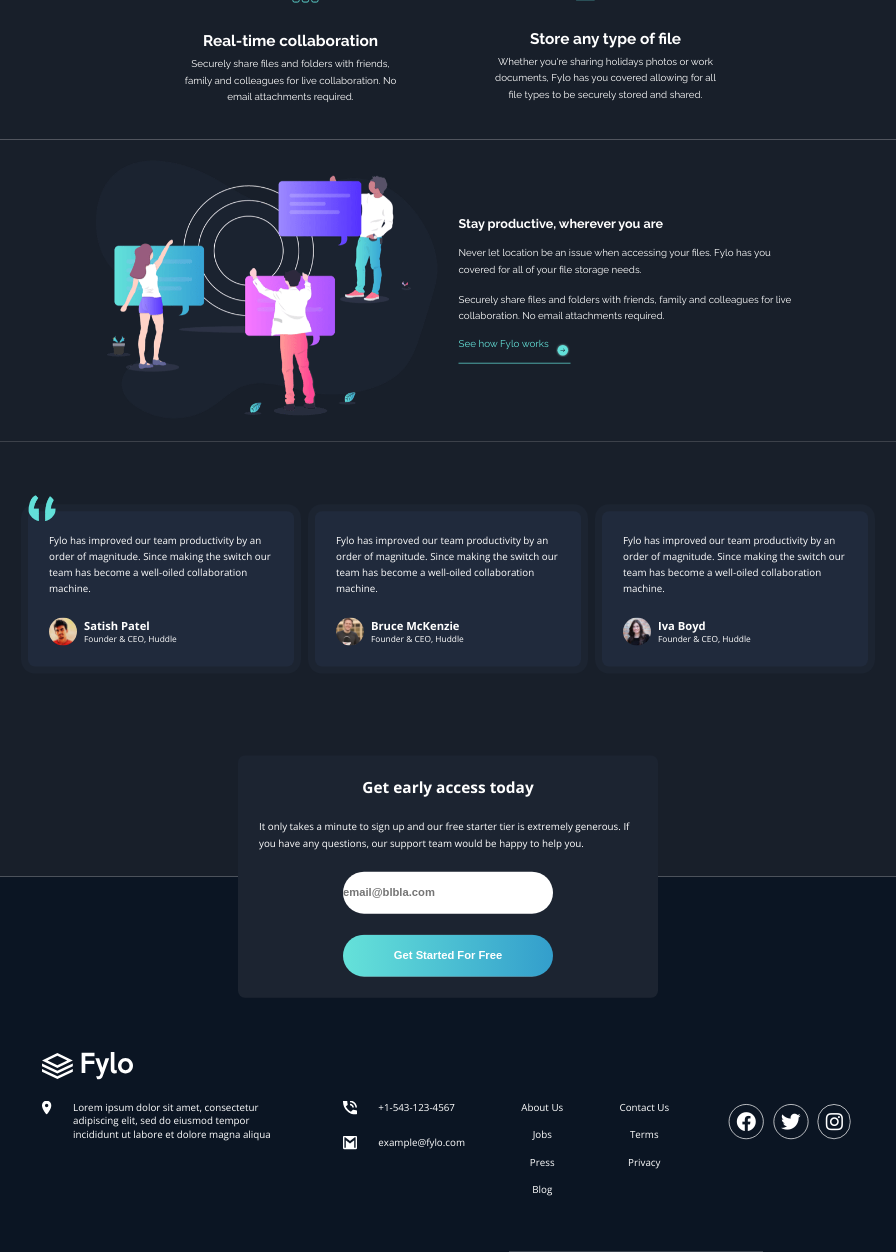
Repository: tomas938/fylo-dark-theme-landing-page-master
Page: index.html
These files come from the project's save history. The page is drawn as it stood at one moment and after the next save; the edit follows.
The browser window is 1280 px wide. The pictures show the part of the page from y = 1236 to 3156 px (the page is 3024 px tall before and 3255 px after), at 70% of full size.
Some web libraries are served in a nearby version. The style sheet was rebuilt from its Sass, Less or Tailwind sources for each picture, by a compiler version that may differ from the author's.

Above is the page before, as saved 2021-08-05 20:32:49.

### index.html
<!DOCTYPE html>
<html lang="en">
	<head>
		<meta charset="UTF-8" />
		<meta name="viewport" content="width=device-width, initial-scale=1.0" />
		<link
			rel="icon"
			type="image/png"
			sizes="32x32"
			href="./images/favicon-32x32.png"
		/>
		<title>
			Frontend Mentor | Fylo landing page with dark theme and features grid
		</title>
		<link rel="stylesheet" href="https://pro.fontawesome.com/releases/v5.10.0/css/all.css" integrity="sha384-AYmEC3Yw5cVb3ZcuHtOA93w35dYTsvhLPVnYs9eStHfGJvOvKxVfELGroGkvsg+p" crossorigin="anonymous"/>
		<link rel="stylesheet" href="/scss/main.css" />
	</head>
	<body>
		<section class="intro">
			<nav class="intro__navigation">
				<img src="/images/logo.svg" alt="" />
				<ul class="intro__navigation__links">
					<li><a href="#">Features</a></li>
					<li><a href="#">Team</a></li>
					<li><a href="#">Sign In</a></li>
				</ul>
			</nav>
			<div class="intro__description">
				<img class="bg-image" src="/images/illustration-intro.png" alt="" />
				<h1>All your files in one secure location, accessible anywhere.</h1>
				<p>
					Fylo stores all your most important files in one secure location.
					Access them wherever you need, share and collaborate with friends
					family, and co-workers.
				</p>
				<button class="blue-rounded">Get Started</button>
			</div>
		</section>
		<section class="about">
			<div class="about__item">
				<img src="/images/icon-access-anywhere.svg" class="icon"></img>
				<h3>Access your files, anywhere</h3>
				<p>
					The ability to use a smartphone, tablet, or computer to access your
					account means your files follow you everywhere.
				</p>
			</div>
			<div class="about__item">
				<img src="/images/icon-security.svg" class="icon"></img>
				<h3>Security you can trust</h3>
				<p>
					2-factor authentication and user-controlled encryption are just a
					couple of the security features we allow to help secure your files.
				</p>
			</div>
			<div class="about__item">
				<img src="/images/icon-collaboration.svg" class="icon"></img>
				<h3>Real-time collaboration</h3>
				<p>
					Securely share files and folders with friends, family and colleagues
					for live collaboration. No email attachments required.
				</p>
			</div>
			<div class="about__item">
				<img src="/images/icon-any-file.svg" class="icon"></img>
				<h3>Store any type of file</h3>
				<p>
					Whether you're sharing holidays photos or work documents, Fylo has you
					covered allowing for all file types to be securely stored and shared.
				</p>
			</div>
		</section>
    <section class="informations">
      <div class="informations__image">
        <img src="/images/illustration-stay-productive.png" alt="">
      </div>
      <div class="informations__content">
        <h4>Stay productive, wherever you are</h4>
        <p> Never let location be an issue when
		accessing your files. Fylo has you covered for all of your file storage
		needs.</p>
        <p> Securely share files and folders with friends, family and colleagues
		for live collaboration. No email attachments required.</p>
        <div class="link">
          <a href="#"> See how Fylo works</a>
          <img src="/images/icon-arrow.svg" alt="">
        </div>
      </div>
    </section>
    <section class="testimonials">
      <div class="testimonials__item">
        <img class="quotes" src="/images/bg-quotes.png" alt="">
        <p>	Fylo has improved our team productivity by an order of magnitude. Since
		making the switch our team has become a well-oiled collaboration machine.</p>
      <div class="person">
        <img src="/images/profile-1.jpg" alt="">
        <div class="person__information">
          <h4>	Satish Patel </h4>
          <h5> Founder & CEO, Huddle</h5>
        </div>
      </div>
      </div>
      <div class="testimonials__item">
        <p>	Fylo has improved our team productivity
		by an order of magnitude. Since making the switch our team has become a
		well-oiled collaboration machine.</p>
      <div class="person">
        <img src="/images/profile-2.jpg" alt="">
        <div class="person__information">
          <h4>Bruce McKenzie </h4>
          <h5> Founder & CEO, Huddle</h5>
        </div>
      </div>
      </div>
      <div class="testimonials__item">
        <p>	Fylo has improved our team productivity
		by an order of magnitude. Since making the switch our team has become a
		well-oiled collaboration machine.</p>
      <div class="person">
        <img src="/images/profile-3.jpg" alt="">
        <div class="person__information">
          <h4>	Iva Boyd </h4>
          <h5> Founder & CEO, Huddle</h5>
        </div>
      </div>
      </div>
    </section >
	<section class="contact">
		<div class="contact__item">
			<h3>Get early access today</h3>
			<p>	 It only takes a minute to sign
		  up and our free starter tier is extremely generous. If you have any
		  questions, our support team would be happy to help you.</p>
		  <input type="text" placeholder="email@blbla.com">
		  <button class="blue-rounded ">Get Started For Free</button>
		</div>
	</section>
	<!-- <footer class="footer">
		<div class="footer__wrapper">
			<div class="desk">
				<img class="logo" src="/images/logo.svg" alt="">
				<div  class="footer__wrapper__information">
					<div class="left">

						<div class="footer__wrapper__information__item">
							<img  src="/images/icon-location.svg" alt="">
							<p>Lorem ipsum dolor sit amet, consectetur adipiscing elit, sed do eiusmod
					tempor incididunt ut labore et dolore magna aliqua</p>
						</div>
					</div>
					<div class="right">

						<div class="footer__wrapper__information__item">
							<img src="/images/icon-phone.svg" alt="">
							<p> +1-543-123-4567</p>
						</div>
						<div class="footer__wrapper__information__item">
							<img  src="/images/icon-email.svg" alt="">
							<p>example@fylo.com</p>
						</div>
					</div>
					<div class="left-link">

						<div class="links-up">
							<a href="#">About Us</a>
							<a href="#">Jobs</a>
							<a href="#">Press</a>
							<a href="#"> Blog</a>
						</div>
					</div>
					<div class="right-link">

						<div class="links-down">
							<a href="#"> Contact Us</a>
							<a href="#">Terms</a>
							<a href="#"> Privacy</a>
						</div>
					</div>
					<div class="icons">
						<a href="#" ><i class="fab fa-facebook fa-2x"></i></a>
						<a href="#"><i class="fab fa-twitter fa-2x"></i></a>
						<a href="#">  <i class="fab fa-instagram fa-2x"></i>
						</a>
					</div>
				</div>
			</div>
		</div>
	</footer> -->


	<footer >
		<img class="logo" src="/images/logo.svg" alt="">
		<div class="footer__content">
			<div class="location">
				<img  src="/images/icon-location.svg" alt="">
							<p>Lorem ipsum dolor sit amet, consectetur adipiscing elit, sed do eiusmod
					tempor incididunt ut labore et dolore magna aliqua</p>
			</div>
			<div class="phone-email">
				<div class="phone"><img src="/images/icon-phone.svg" alt="">
							<p> +1-543-123-4567</p></div>
				<div class="email"><img  src="/images/icon-email.svg" alt="">
							<p>example@fylo.com</p></div>
			</div>
			<div class="right-links">
					<a href="#">About Us</a>
							<a href="#">Jobs</a>
							<a href="#">Press</a>
							<a href="#"> Blog</a>
			</div>
			<div class="left-links">
						<a href="#"> Contact Us</a>
							<a href="#">Terms</a>
							<a href="#"> Privacy</a>
			</div>
			<div class="icons">
						<a href="#" ><i class="fab fa-facebook fa-2x"></i></a>
						<a href="#"><i class="fab fa-twitter fa-2x"></i></a>
						<a href="#">  <i class="fab fa-instagram fa-2x"></i>
						</a>
			</div>
		</div>
	</footer>



	</body>
</html>

### scss/main.scss
@import "./_partials/variables";
@import "./_partials/_reset";
@import "./_partials/_intro";
@import "./_partials/_about";
@import "./_partials/_informations";
@import "./_partials/_testimonials";
@import "./_partials/_contact";
@import "./_partials/_footer";

### scss/_partials/_variables.scss
// COLORS //

// ### Primary //

$intro-bg: hsl(217, 28%, 15%); // intro email sign up
$main-bg: hsl(218, 28%, 13%);
$footer-bg: hsl(216, 53%, 9%);
$testimonials-bg: hsl(219, 30%, 18%);

// ### Accent //

$cayn: hsl(176, 68%, 64%); //(inside call-to-action gradient)//
$blue: hsl(198, 60%, 50%); //(inside call-to-action gradient)//
$error: hsl(0, 100%, 63%);

// ### Neutral //

$white: hsl(0, 0%, 100%);

// FONTS //

// ### Headings, Call-to-actions, Header Navigation //

@import url("https://fonts.googleapis.com/css2?family=Raleway:wght@400;700&display=swap");

$heading-font: "Raleway", sans-serif;
$heading-light: 400;
$heading-bold: 700;

// ### Body //

@import url("https://fonts.googleapis.com/css2?family=Open+Sans:wght@400;700&family=Raleway:wght@400;700&display=swap");

$body-font: "Open Sans", sans-serif;
$body-light: 400;
$body-bold: 700;

// Button
.blue-rounded {
	max-width: 30rem;
	font-size: 1.6rem;
	font-weight: $heading-bold;
	border: none;
	outline: none;
	color: $white;
	background-image: linear-gradient(to right, $cayn, $blue);
	border-radius: 3rem;
	height: 6rem;
	width: 100%;
}

### scss/_partials/_reset.scss
* {
	margin: 0;
	padding: 0;
	box-sizing: border-box;
}
body {
	color: $white;
	font-family: $body-font;
}
html {
	font-size: 62.5%;
	@media only screen and (min-width: 1600px) {
		font-size: 93.5%;
	}
	// @media only screen and (min-width: 1400px) {
	// 	font-size: 83.5%;
	// }
	// @media only screen and (max-width: 800px) {
	// 	font-size: 83.5%;
	// }
	@media only screen and (max-width: 600px) {
		font-size: 63.5%;
	}
	@media only screen and (max-width: 375px) {
		font-size: 53.5%;
	}
}
a {
	text-decoration: none;
}
li {
	list-style: none;
}

### scss/_partials/_intro.scss
.intro {
	background-color: $intro-bg;
	font-family: $heading-font;
	background-image: url(/images/bg-curvy-mobile.svg);
	background-repeat: no-repeat;
	background-position: bottom;
	background-size: 150% 50%;

	&__navigation {
		padding: 3rem 2rem;
		display: flex;
		justify-content: space-between;
		@media only screen and (min-width: 800px) {
			padding: 3rem 8rem;
		}
	}
	img {
		width: 10rem;
		height: 2.95rem;
	}

	&__navigation__links {
		display: flex;
		align-items: center;
	}
	li:not(:last-child) {
		margin-right: 2.2rem;
	}
	a {
		color: $white;
		font-weight: $heading-light;
		font-size: 1.4rem;
	}
	&__description {
		max-width: 60rem;
		padding: 3rem;
		margin: auto;
		display: flex;
		flex-direction: column;
		align-items: center;
		grid-gap: 2rem;
	}
	.bg-image {
		width: 100%;
		height: 100%;
	}
	h1 {
		font-size: 2.5rem;
		text-align: center;
		line-height: 3.5rem;
	}
	p {
		font-size: 1.4rem;
		line-height: 2.3rem;
		text-align: center;
	}
}

### scss/_partials/_about.scss
.about {
	display: grid;
	grid-template-columns: 1fr;
	@media only screen and (min-width: 800px) {
		grid-template-columns: 35rem 35rem;
		grid-gap: 10rem;
		justify-content: center;
	}
	justify-items: center;
	grid-gap: 5rem;
	background-color: $main-bg;
	font-family: $heading-font;
	padding: 5rem 0;
	&__item {
		max-width: 35rem;

		display: flex;
		flex-direction: column;
		align-items: center;
		justify-content: center;
		padding: 0 1.5rem;
		grid-gap: 1rem;
	}
	.icon {
		margin-bottom: 3rem;
	}
	h3 {
		font-size: 2.2rem;
	}
	p {
		font-size: 1.4rem;
		line-height: 2.3rem;
	}
	h3,
	p {
		text-align: center;
	}
}

### scss/_partials/_informations.scss
.informations {
	display: flex;
	flex-direction: column;
	@media only screen and (min-width: 800px) {
		flex-direction: row;
		grid-gap: 3rem;
	}
	justify-content: center;
	align-items: center;
	grid-gap: 3rem;
	font-family: $heading-font;
	background-color: $main-bg;
	padding: 3rem;
	&__image {
		width: 40%;
		@media only screen and (min-width: 800px) {
			flex-direction: row;
			grid-gap: 3rem;
		}
		img {
			width: 100%;
		}
	}
	&__content {
		width: 40%;
		@media only screen and (min-width: 800px) {
			max-width: 50%;
		}
		display: flex;
		flex-direction: column;
		grid-gap: 2rem;
	}
	h3 {
		text-align: center;
	}

	h4 {
		font-size: 1.8rem;
	}
	p {
		font-size: 1.4rem;
		line-height: 2.3rem;
		text-align: left;
	}
	.link {
		display: flex;
		align-items: center;
		justify-content: flex-start;
		border-bottom: 1px solid $cayn;
		width: 16rem;
		a {
			font-size: 1.4rem;
			color: $cayn;
		}
		img {
			margin-left: 1rem;
			height: 2rem;
		}
	}
}

### scss/_partials/_testimonials.scss
.testimonials {
	background-color: $main-bg;
	display: flex;
	flex-direction: column;
	@media only screen and (min-width: 800px) {
		flex-direction: row;
		grid-gap: 3rem;
	}
	align-items: center;
	grid-gap: 5rem;
	padding: 10rem 4rem 30rem 4rem;
	position: relative;
	&__item {
		max-width: 60rem;
		background-color: $testimonials-bg;
		border-radius: 1rem;
		box-shadow: 0px 0px 0px 10px $intro-bg;
		padding: 3rem;
		display: flex;
		flex-direction: column;
		grid-gap: 3rem;
		position: relative;
		.quotes {
			position: absolute;
			top: -2.5rem;
			left: 0;
		}
	}
	.person {
		display: flex;
		align-items: center;
		grid-gap: 1rem;
	}
	img {
		border-radius: 50%;
		width: 4rem;
		height: 4rem;
	}
	p {
		font-size: 1.4rem;
		line-height: 2.3rem;
	}
	h4 {
		font-size: 1.6rem;
	}
	h5 {
		font-size: 1.2rem;
		font-weight: $heading-light;
	}
}

### scss/_partials/_contact.scss
.contact {
	display: flex;
	justify-content: center;
	position: relative;
	.contact__item {
		position: absolute;
		width: 90%;
		transform: translateY(-50%);
		z-index: 1;
		background-color: $intro-bg;
		padding: 3rem;
		border-radius: 1rem;
		max-width: 60rem;
		display: flex;
		flex-direction: column;
		align-items: center;
		grid-gap: 3rem;
	}
	h3 {
		font-size: 2.2rem;
	}
	p {
		font-size: 1.4rem;
		line-height: 2.3rem;
	}
	input {
		max-width: 30rem;
		font-size: 1.6rem;
		font-weight: $heading-bold;
		border: none;
		outline: none;
		color: $white;
		border-radius: 3rem;
		height: 6rem;
		width: 100%;
	}
}

### scss/_partials/_footer.scss
// .footer {
// 	display: flex;
// 	justify-content: center;
// 	@media only screen and (min-width: 1000px) {
// 		display: block;
// 	}
// 	width: 100%;
// 	background-color: $footer-bg;
// 	color: $white;
// 	.footer__wrapper {
// 		max-width: 60rem;
// 		display: flex;
// 		flex-direction: column;
// 		@media only screen and (min-width: 1000px) {
// 			width: 100%;
// 			flex-direction: row;
// 		}
// 		grid-gap: 3rem;
// 		padding: 30rem 3rem 3rem 3rem;
// 		font-size: 1.6rem;
// 		&__information {
// 			display: flex;
// 			flex-direction: column;
// 			@media only screen and (min-width: 1000px) {
// 				flex-direction: row;
// 				justify-content: space-between;
// 			}
// 			grid-gap: 3rem;
// 		}
// 		&__information__item {
// 			display: flex;
// 			grid-gap: 3rem;
// 		}
// 		.logo {
// 			width: 16rem;
// 			height: 5rem;
// 			margin-bottom: 3rem;
// 		}
// 		.links-up,
// 		.links-down {
// 			display: flex;
// 			flex-direction: column;
// 			grid-gap: 2rem;
// 		}
// 		.links-up {
// 			padding-top: 5rem;
// 			@media only screen and (min-width: 1000px) {
// 				padding-top: 0rem;
// 			}
// 		}
// 		.links-down {
// 			padding-bottom: 5rem;
// 		}
// 		.icons {
// 			display: flex;
// 			justify-content: center;
// 		}

// 		i {
// 			border: 1px solid $white;
// 			border-radius: 50px;
// 			margin: 0.5rem;
// 			padding: 1rem;
// 		}
// 		img {
// 			width: 2rem;
// 			height: 2rem;
// 		}
// 		a {
// 			color: $white;
// 		}
// 	}
// }
// .desk {
// 	display: flex;
// 	flex-direction: column;
// 	justify-content: space-between;
// 	align-items: space-between;
// }
// .right {
// 	display: flex;
// 	grid-gap: 3rem;
// 	flex-direction: column;

footer {
	background-color: $footer-bg;
	font-size: 1.4rem;
	padding: 25rem 6rem 6rem 6rem;
	display: flex;
	@media only screen and (max-width: 500px) {
		padding: 25rem 0rem 6rem 0rem;
	}
	flex-direction: column;
	@media only screen and (max-width: 1100px) {
		align-items: center;
	}
	.footer__content {
		display: flex;
		justify-content: space-between;
		@media only screen and (max-width: 1100px) {
			flex-direction: column !important;
			text-align: center;
		}
	}
	.right-links,
	.left-links {
		@media only screen and (max-width: 1100px) {
			margin-top: 3rem;
		}
		display: flex;
		flex-direction: column;
		align-items: center;
	}
}
.logo {
	width: 13rem;
	height: 4rem;
	margin-bottom: 3rem;
}
.location,
.phone,
.email {
	display: flex;
	grid-gap: 3rem;

	img {
		width: 2rem;
		height: 2rem;
	}
}
.phone-email {
	display: flex;
	flex-direction: column;
	grid-gap: 3rem;
	@media only screen and (max-width: 1100px) {
		align-items: center;
	}
}
.location {
	width: 35rem;
	@media only screen and (max-width: 1100px) {
		margin-bottom: 3rem;
		width: 25rem;
	}
}
a {
	color: $white;

	margin-bottom: 2rem;
}
i {
	border: 1px solid $white;
	border-radius: 50px;
	margin: 0.5rem;
	padding: 1rem;
}

After the next save:
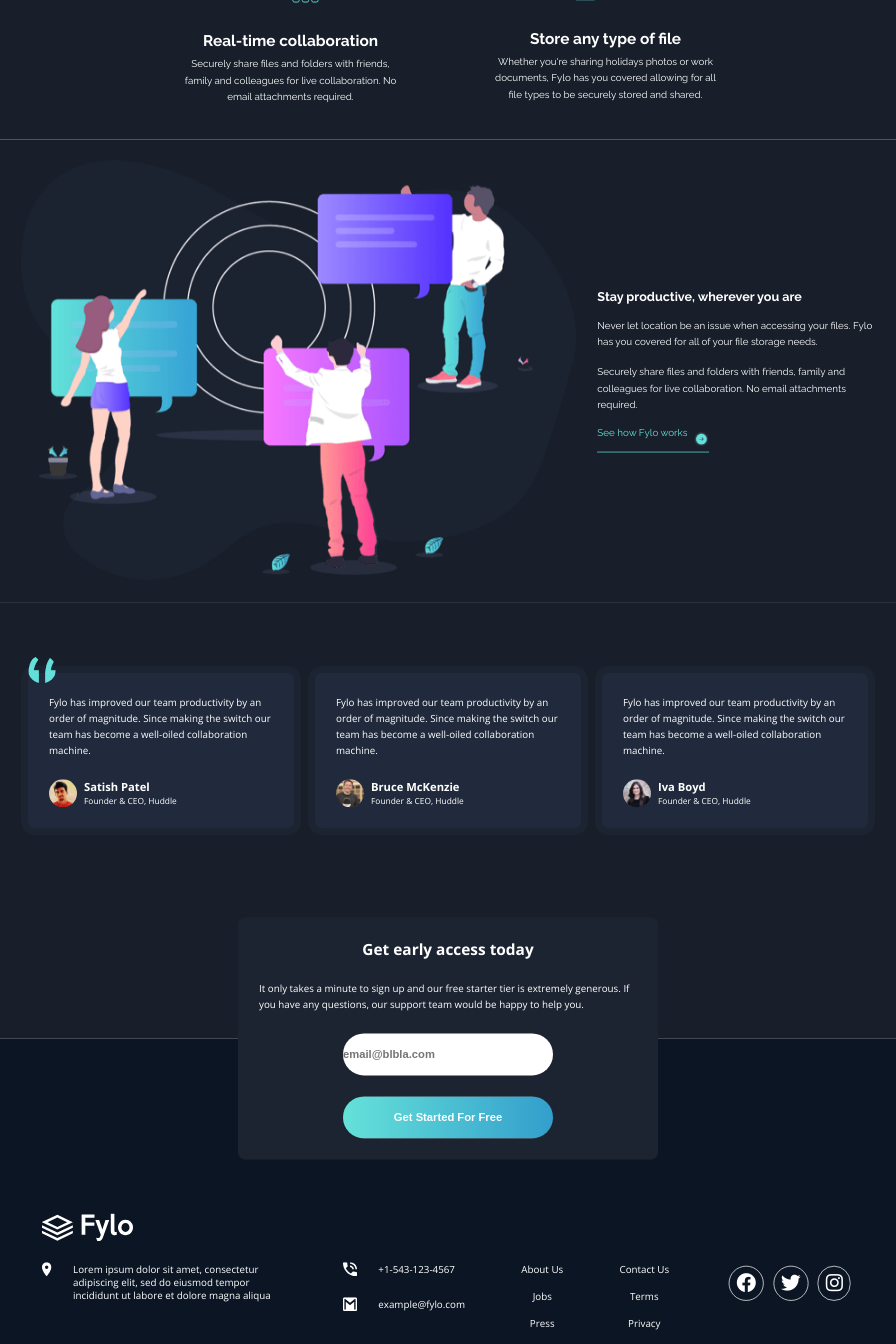
Saved 8 s later.
--- a/scss/_partials/_informations.scss
+++ b/scss/_partials/_informations.scss
@@ -14,8 +14,7 @@
 	&__image {
 		width: 40%;
 		@media only screen and (min-width: 800px) {
-			flex-direction: row;
-			grid-gap: 3rem;
+			width: 80%;
 		}
 		img {
 			width: 100%;
